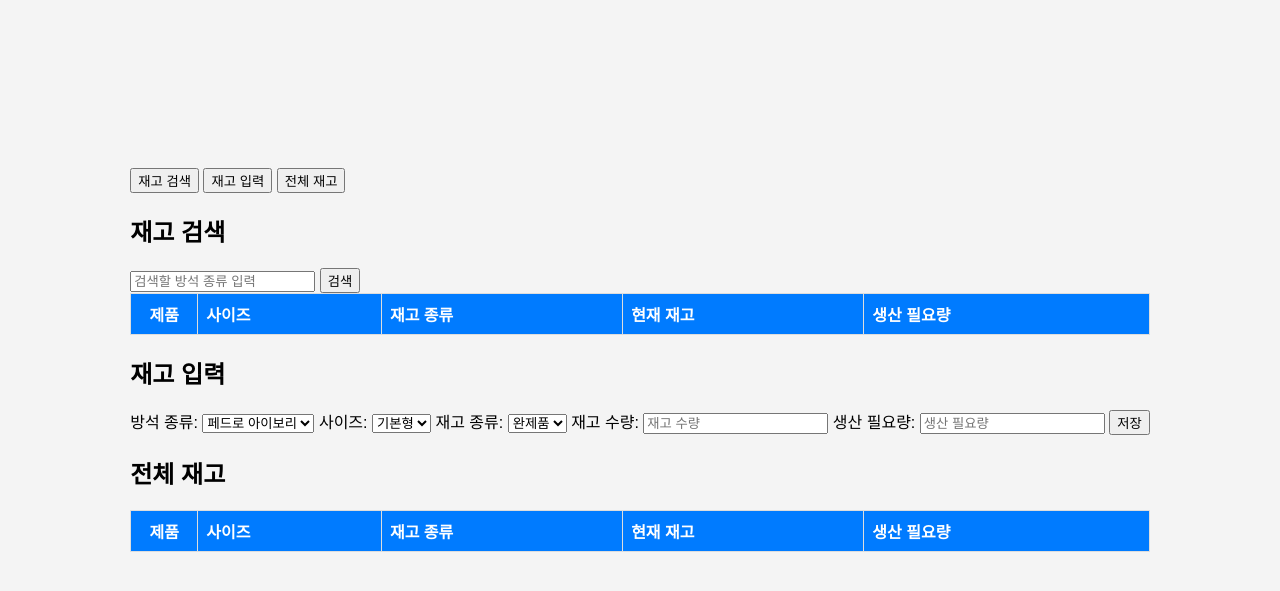
Repository: bluefoginthecup/inventory
Page: public/index.html
These files come from the project's save history. The page is drawn as it stood at one moment and after the next save; the edit follows.
The browser window is 1280 px wide. The pictures show the whole page.

Above is the page before, as saved 2025-01-05 01:19:31.
Console error: SyntaxError: Cannot use import statement outside a module

### public/index.html
<!DOCTYPE html>
<html lang="en">
<head>
    <meta charset="UTF-8">
    <meta name="viewport" content="width=device-width, initial-scale=1.0">
    <title>재고 관리 시스템</title>
    <link rel="stylesheet" href="styles.css">
</head>
<body>
    <div class="main-container">
        <!-- 탭 메뉴 -->
        <div class="tab-container">
            <button class="tab-button active" id="searchTab">재고 검색</button>
            <button class="tab-button" id="inputTab">재고 입력</button>
            <button class="tab-button" id="allStockTab">전체 재고</button>
        </div>

        <!-- 섹션 1: 재고 검색 -->
       <section id="searchSection" class="section active">
    <h2>재고 검색</h2>
    <input type="text" id="searchInput" placeholder="검색할 방석 종류 입력">
    <button id="searchBtn">검색</button>
    <table id="searchResults">
        <thead>
            <tr>
                <th>제품</th>
                <th>사이즈</th>
                <th>재고 종류</th>
                <th>현재 재고</th>
                <th>생산 필요량</th>
            </tr>
        </thead>
        <tbody>
            <!-- 검색 결과 테이블 -->
        </tbody>
    </table>
</section>





        <!-- 섹션 2: 재고 입력 -->
        <section id="inputSection" class="section">
            <h2>재고 입력</h2>
            <form id="stockForm">
                <label for="product">방석 종류:</label>
                <select id="product">
                    <option value="pedro_ivory">페드로 아이보리</option>
                    <option value="pedro_gray">페드로 그레이</option>
                    <option value="pedro_blue">페드로 블루</option>
                </select>
                <label for="size">사이즈:</label>
                <select id="size">
                    <option value="basic">기본형</option>
                    <option value="winged">날개형</option>
                </select>
                <label for="type">재고 종류:</label>
                <select id="type">
                    <option value="finished">완제품</option>
                    <option value="fabric">원단</option>
                </select>
                <label for="stockAmount">재고 수량:</label>
                <input type="number" id="stockAmount" placeholder="재고 수량">
                <label for="neededAmount">생산 필요량:</label>
                <input type="number" id="neededAmount" placeholder="생산 필요량">
                <button type="button" id="submitButton">저장</button>
            </form>
        </section>

        <!-- 섹션 3: 전체 재고 -->
        <section id="allStockSection" class="section">
            <h2>전체 재고</h2>
            <table id="allStockTable">
                <thead>
                    <tr>
                        <th>제품</th>
                        <th>사이즈</th>
                        <th>재고 종류</th>
                        <th>현재 재고</th>
                        <th>생산 필요량</th>
                    </tr>
                </thead>
                <tbody>
                    <!-- 전체 재고 테이블 -->
                </tbody>
            </table>
        </section>
    </div>

    <script src="script.js"></script>
</body>
</html>

### styles.css
body {
    font-family: Arial, sans-serif;
    display: flex;
    justify-content: center;
    align-items: center;
    height: 100vh;
    margin: 0;
    background-color: #f4f4f4;
    flex-direction: column;
}
.form-container {
    background: #fff;
    padding: 20px;
    border-radius: 8px;
    box-shadow: 0 4px 6px rgba(0, 0, 0, 0.1);
    width: 300px;
    text-align: center;
    margin-bottom: 20px;
}
.form-container h2 {
    margin-bottom: 20px;
}
.form-container input {
    width: 100%;
    padding: 10px;
    margin: 10px 0;
    border: 1px solid #ccc;
    border-radius: 4px;
    box-sizing: border-box;
}
.form-container button {
    background-color: #007BFF;
    color: #fff;
    border: none;
    padding: 10px 20px;
    border-radius: 4px;
    cursor: pointer;
}
.form-container button:hover {
    background-color: #0056b3;
}
.table-container {
    width: 80%;
    max-width: 600px;
    background: #fff;
    padding: 20px;
    border-radius: 8px;
    box-shadow: 0 4px 6px rgba(0, 0, 0, 0.1);
}
table {
    width: 100%;
    border-collapse: collapse;
}
table th, table td {
    border: 1px solid #ddd;
    padding: 8px;
    text-align: left;
}
table th {
    background-color: #007BFF;
    color: white;
}

table th:first-child,
table td:first-child {
    width: 50px;
    text-align: center;
}

### public/script.js

 // Import the functions you need from the SDKs you need
// Firebase 모듈 가져오기
import { initializeApp } from "firebase/app";
import { getDatabase, ref, push } from "firebase/database";


// TODO: Add SDKs for Firebase products that you want to use
// https://firebase.google.com/docs/web/setup#available-libraries

// Your web app's Firebase configuration
const firebaseConfig = {
  apiKey: "AIzaSyCviaYW79vbuEzyLGlVP5OK8irS_yVHmxk",
  authDomain: "nameage-ec0a2.firebaseapp.com",
  databaseURL: "https://nameage-ec0a2-default-rtdb.asia-southeast1.firebasedatabase.app",
  projectId: "nameage-ec0a2",
  storageBucket: "nameage-ec0a2.firebasestorage.app",
  messagingSenderId: "72793368901",
  appId: "1:72793368901:web:55e93af625bf0c9193362c"
};

// Initialize Firebase
const app = initializeApp(firebaseConfig);
const db = getDatabase(app);



document.getElementById('submitButton').addEventListener('click', function() {
    const name = document.getElementById('name').value;
    const age = document.getElementById('age').value;

    if (name && age) {
        // 테이블에 데이터 추가
        const tableBody = document.getElementById('dataTable').querySelector('tbody');
        const newRow = document.createElement('tr');
        const rowNumber = tableBody.rows.length + 1; // 현재 행 개수 + 1이 번호

        newRow.innerHTML = `<td>${rowNumber}</td><td>${name}</td><td>${age}</td>`;
        tableBody.appendChild(newRow);

         // Firebase에 데이터 저장

         const userRef = ref(db, 'users');
         push(userRef, { name, age })
             .then(() => console.log('Data saved to Firebase'))
             .catch(error => console.error('Firebase Error:', error));

        // 입력 필드 초기화
        document.getElementById('name').value = '';
        document.getElementById('age').value = '';
    } else {
        alert('모든 필드를 입력해주세요.');
    }
});

After the next save:
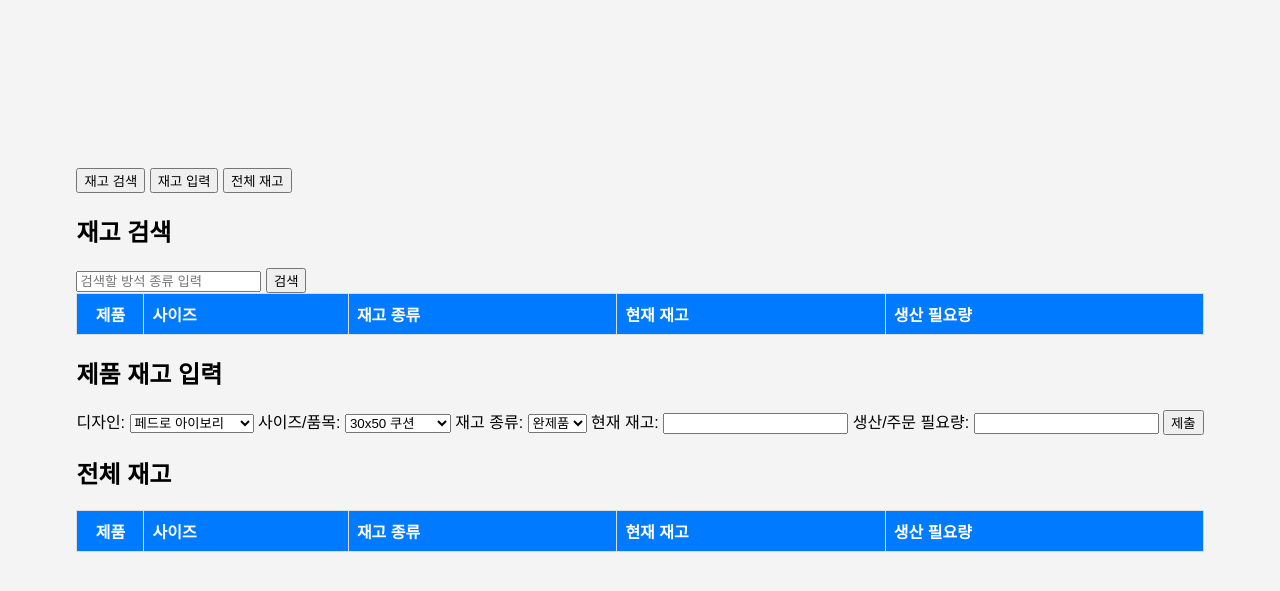
Saved 6 min 20 s later.
--- a/public/index.html
+++ b/public/index.html
@@ -37,36 +37,87 @@
 </section>
 
 
+        <!-- 섹션 2: 제품 재고 입력 -->
+<section id="inputSection" class="section">
+    <h2>제품 재고 입력</h2>
+    <form id="stockForm">
+        <!-- 방석 종류 선택 -->
+        <label for="product">디자인:</label>
+        <select id="product" name="product" required>
+            <option value="pedro_ivory">페드로 아이보리</option>
+            <option value="pedro_gray">페드로 그레이</option>
+            <option value="pedro_blue">페드로 블루</option>
+            <option value="erica_white">에리카 화이트</option>
+            <option value="erica_navy">에리카 네이비</option>
+            <option value="erica_beige">에리카 베이지</option>
+            <option value="dotori_white">도토리 화이트</option>
+            <option value="dotori_coffee">도토리 커피</option>
+            <option value="rouen_gray">루앙 그레이</option>  <!-- 수정된 부분 -->
+            <option value="rouen_beige">루앙 베이지</option> <!-- 수정된 부분 -->
+            <option value="rouen_gold">루앙 골드</option>  <!-- 수정된 부분 -->
+            <option value="rouen_pink">루앙 핑크</option>  <!-- 수정된 부분 -->
+            <option value="encia_white">엔시아 화이트</option> <!-- 수정된 부분 -->
+            <option value="encia_orange">엔시아 오렌지</option> <!-- 수정된 부분 -->
+            <option value="sobok_white">소복소복 화이트</option>
+            <option value="sobok_gray">소복소복 그레이</option>
+            <option value="sobok_indipink">소복소복 인디핑크</option>
+            <option value="lavender_gold">라벤더 골드</option>
+            <option value="iris_blue">아이리스 블루</option>
+            <option value="tatiana_rose">타티아나 로즈</option> <!-- 수정된 부분 -->
+            <option value="ronze_lightgray">론즈 연그레이</option> <!-- 수정된 부분 -->
+            <option value="magritte_lightgray">마그리트 연회색</option> <!-- 수정된 부분 -->
+            <option value="magritte_denim">마그리트 데님</option>
+            <option value="magritte_beige">마그리트 베이지</option> <!-- 수정된 부분 -->
+            <option value="thistle_lightgray">엉겅퀴 연회색</option> <!-- 수정된 부분 -->
+            <option value="thistle_denim">엉겅퀴 데님</option> <!-- 수정된 부분 -->
+            <option value="thistle_kahki">엉겅퀴 쑥색</option> <!-- 수정된 부분 -->
+
+        </select>
+
+        <!-- 사이즈 선택 -->
+        <label for="size">사이즈/품목:</label>
+        <select id="size" name="size" required>
+            <option value="30x50_cushion">30x50 쿠션</option>
+            <option value="40_cushion">40 쿠션</option>
+            <option value="50_cushion">50 쿠션</option>
+            <option value="45_basic">45 기본형</option>
+            <option value="50_basic">50 기본형</option>
+            <option value="50_frame">50 액자형</option>
+            <option value="60_basic">60 기본형</option>
+            <option value="45_winged">45 날개형</option>
+            <option value="50_winged">50 날개형</option>
+            <option value="hexagon_hanger">육각형 등걸이</option>
+            <option value="rectangle_hanger">직사각 등걸이</option>
+            <option value="frame_hanger">액자형 등걸이</option>
+            <option value="50_basic_back">50 기본형 뒷지</option>
+            <option value="45_winged_back">45 날개형 뒷지</option>
+            <option value="50_winged_back">50 날개형 뒷지</option>
+        </select>
+
+        <!-- 재고 종류 선택 -->
+        <label for="type">재고 종류:</label>
+        <select id="type" name="type" required>
+            <option value="finished">완제품</option>
+            <option value="embroidery">자수물</option>
+            <option value="cutting">재단물</option>
+            <option value="loose">낱마</option>
+            <option value="cut">절</option>
+        </select>
+
+        <!-- 현재 재고 입력 -->
+        <label for="stockAmount">현재 재고:</label>
+        <input type="number" id="stockAmount" name="stockAmount" required>
+
+        <!-- 생산 필요량 입력 -->
+        <label for="neededAmount">생산/주문 필요량:</label>
+        <input type="number" id="neededAmount" name="neededAmount" required>
+
+        <button type="button" id="submitButton">제출</button>
+    </form>
+</section>
 
 
 
-        <!-- 섹션 2: 재고 입력 -->
-        <section id="inputSection" class="section">
-            <h2>재고 입력</h2>
-            <form id="stockForm">
-                <label for="product">방석 종류:</label>
-                <select id="product">
-                    <option value="pedro_ivory">페드로 아이보리</option>
-                    <option value="pedro_gray">페드로 그레이</option>
-                    <option value="pedro_blue">페드로 블루</option>
-                </select>
-                <label for="size">사이즈:</label>
-                <select id="size">
-                    <option value="basic">기본형</option>
-                    <option value="winged">날개형</option>
-                </select>
-                <label for="type">재고 종류:</label>
-                <select id="type">
-                    <option value="finished">완제품</option>
-                    <option value="fabric">원단</option>
-                </select>
-                <label for="stockAmount">재고 수량:</label>
-                <input type="number" id="stockAmount" placeholder="재고 수량">
-                <label for="neededAmount">생산 필요량:</label>
-                <input type="number" id="neededAmount" placeholder="생산 필요량">
-                <button type="button" id="submitButton">저장</button>
-            </form>
-        </section>
 
         <!-- 섹션 3: 전체 재고 -->
         <section id="allStockSection" class="section">
